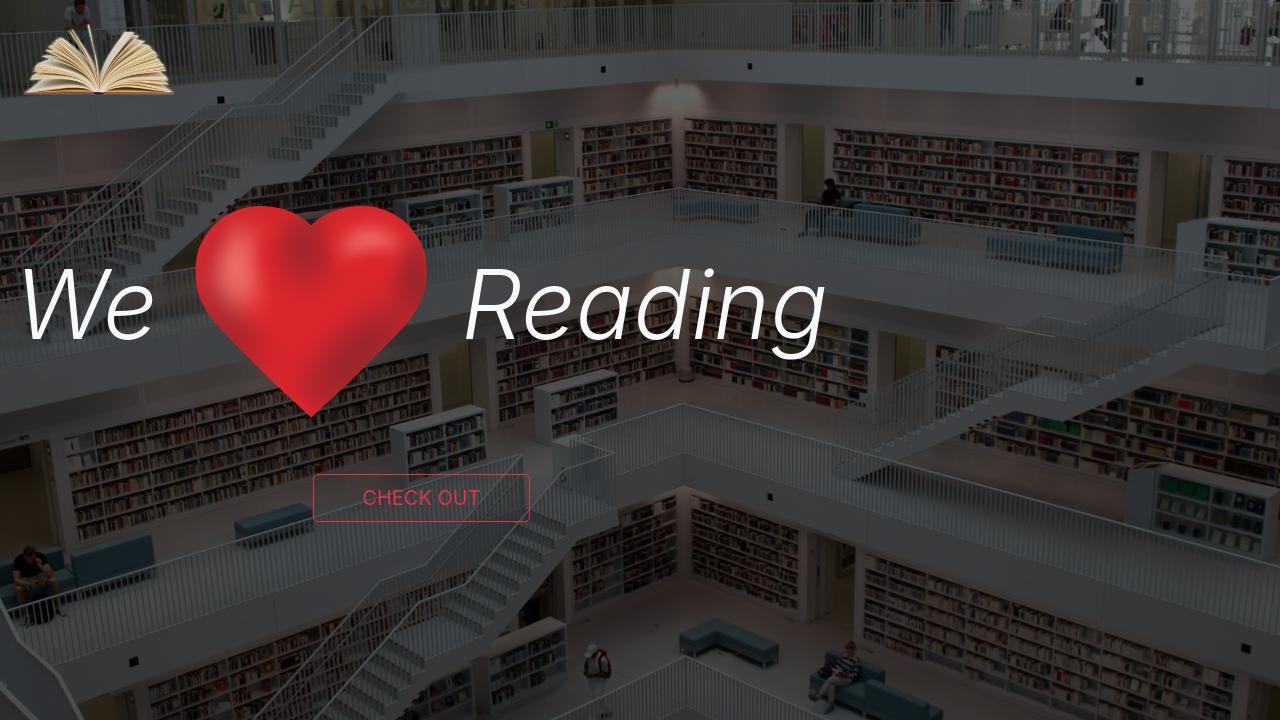
Repository: imedakrouti/BookStore
Page: index.html
An editor plug-in stored every save of this project. The page is shown before and after the next save, followed by the edit.
The browser window is 1280 px wide. The pictures show the whole page.
Some web libraries are served in a nearby version.

Above is the page before, as saved 2020-05-05 17:10:20.

After the next save:
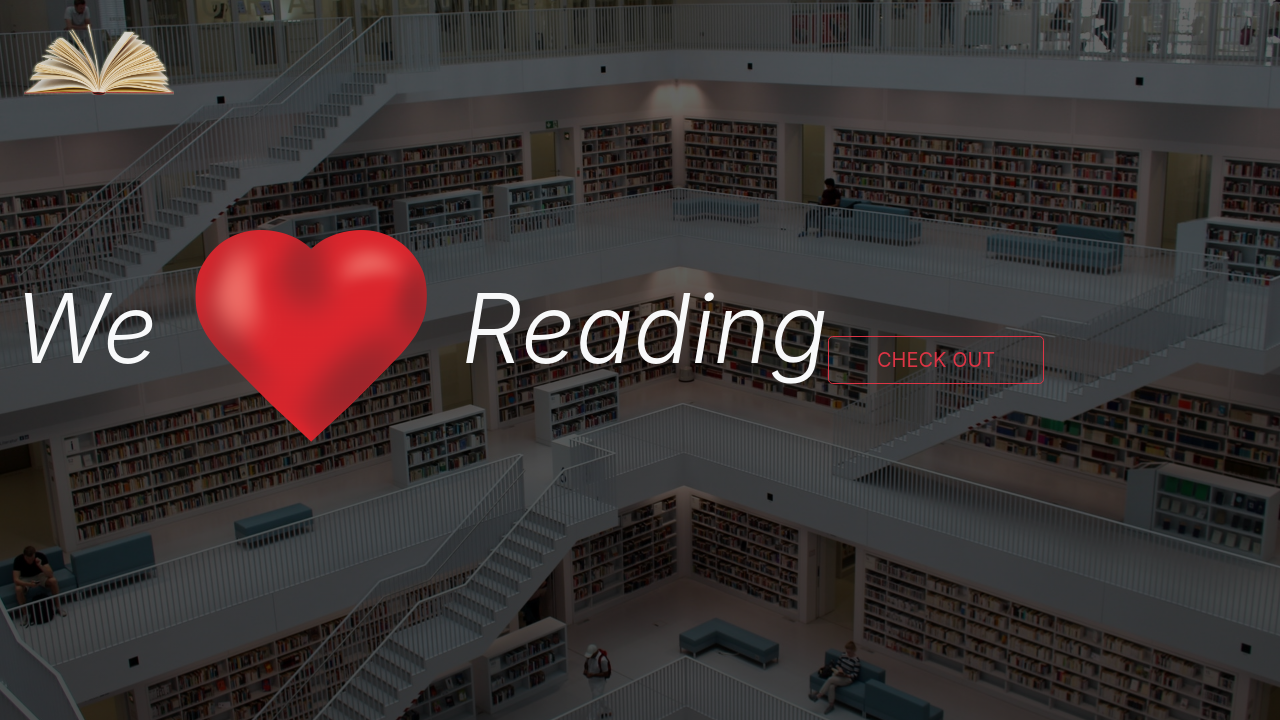
Saved 41 s later.
--- a/styles/styles.css
+++ b/styles/styles.css
@@ -15,3 +15,17 @@
     height: 100vh;
     background:linear-gradient(rgba(0,0,0,0.6),rgba(0,0,0,0.7)),url('../images/img/header-bg.jpeg')no-repeat fixed center /cover;
 }
+.col{
+
+    display: flex;
+    justify-content: center;
+    align-items: center;
+
+}
+.hero{
+    height: 100vh;
+    display: flex;
+    justify-content: center;
+    align-items: center;
+
+}

After the save that followed:
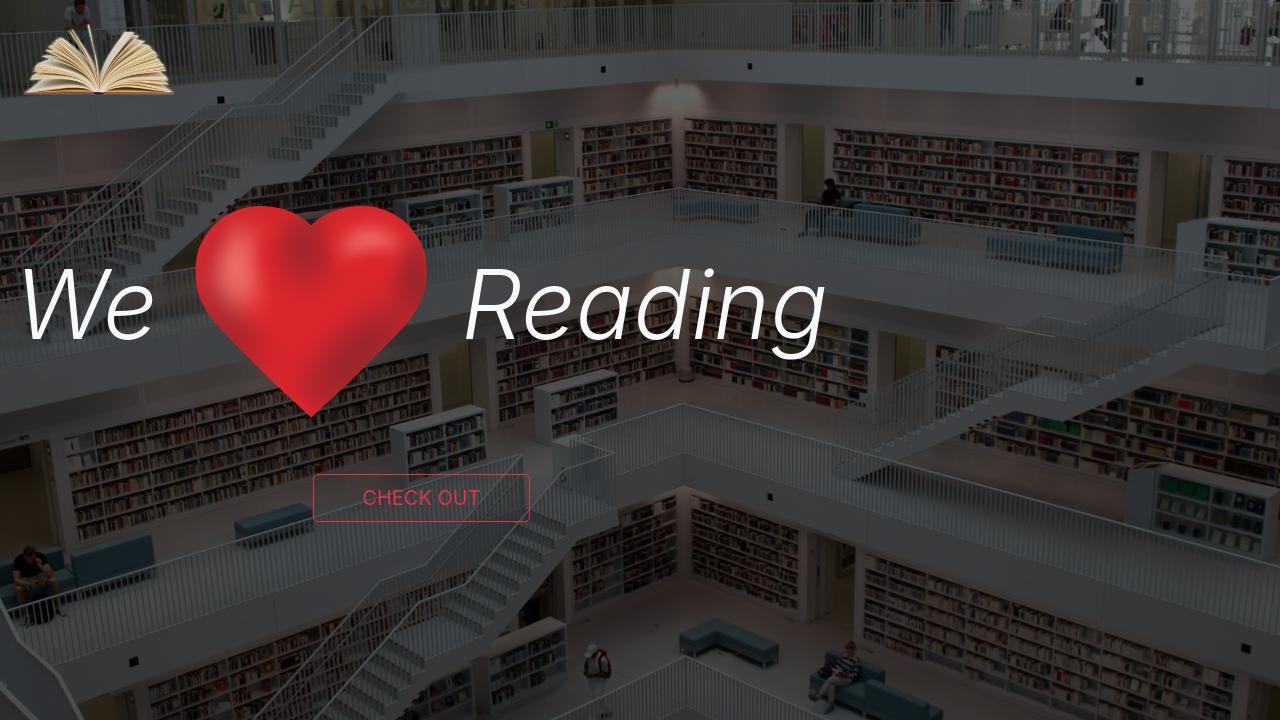
Saved 10 s later.
--- a/styles/styles.css
+++ b/styles/styles.css
@@ -15,13 +15,7 @@
     height: 100vh;
     background:linear-gradient(rgba(0,0,0,0.6),rgba(0,0,0,0.7)),url('../images/img/header-bg.jpeg')no-repeat fixed center /cover;
 }
-.col{
 
-    display: flex;
-    justify-content: center;
-    align-items: center;
-
-}
 .hero{
     height: 100vh;
     display: flex;
